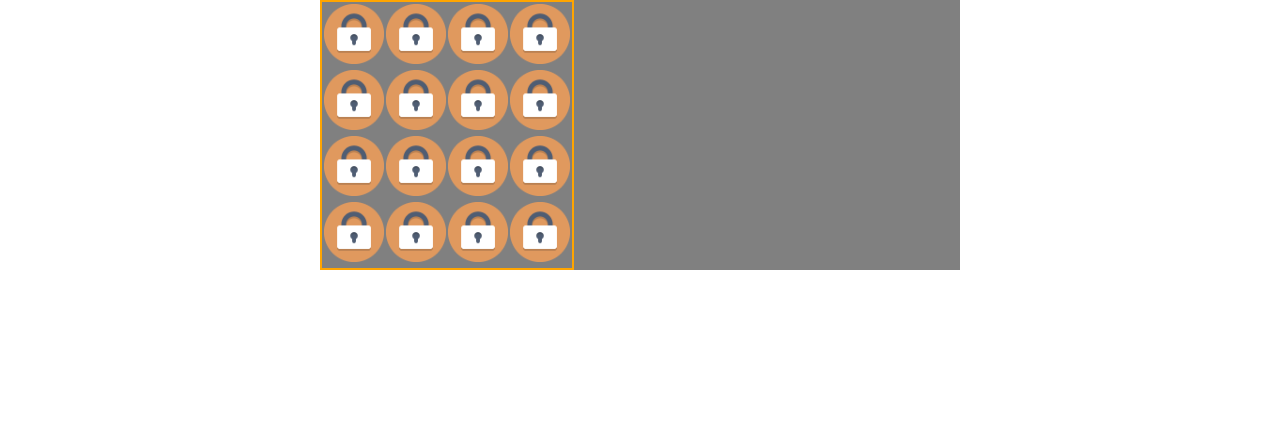
Repository: jb223cp/1dv403-laborationer
Page: 3-gameon/memory/index.html
The author's editor kept a record of every edit. The page is drawn from the files as they stood at one moment, then again after the next edit.
The browser window is 1280 px wide. The pictures show the whole page.

Above is the page before.

After the next edit:
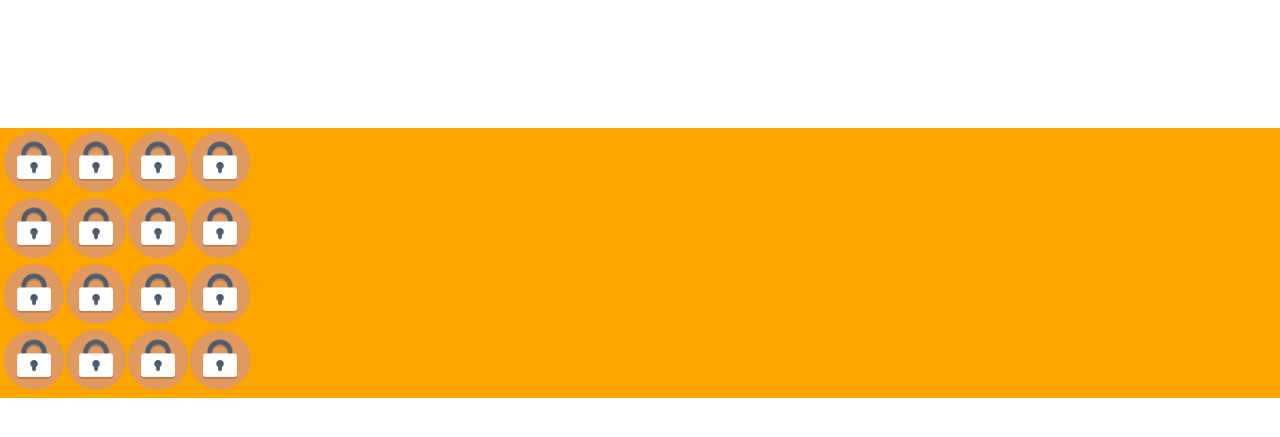
The edit:
--- a/3-gameon/memory/css/main.css
+++ b/3-gameon/memory/css/main.css
@@ -25,8 +25,8 @@ footer, header, hgroup, menu, nav, section {
 }
 
 section{
-    width:50%;
-    background-color:gray;
+    margin-top:10%;
+    background-color:orange;
     margin-left:auto;
     margin-right:auto;
 }
